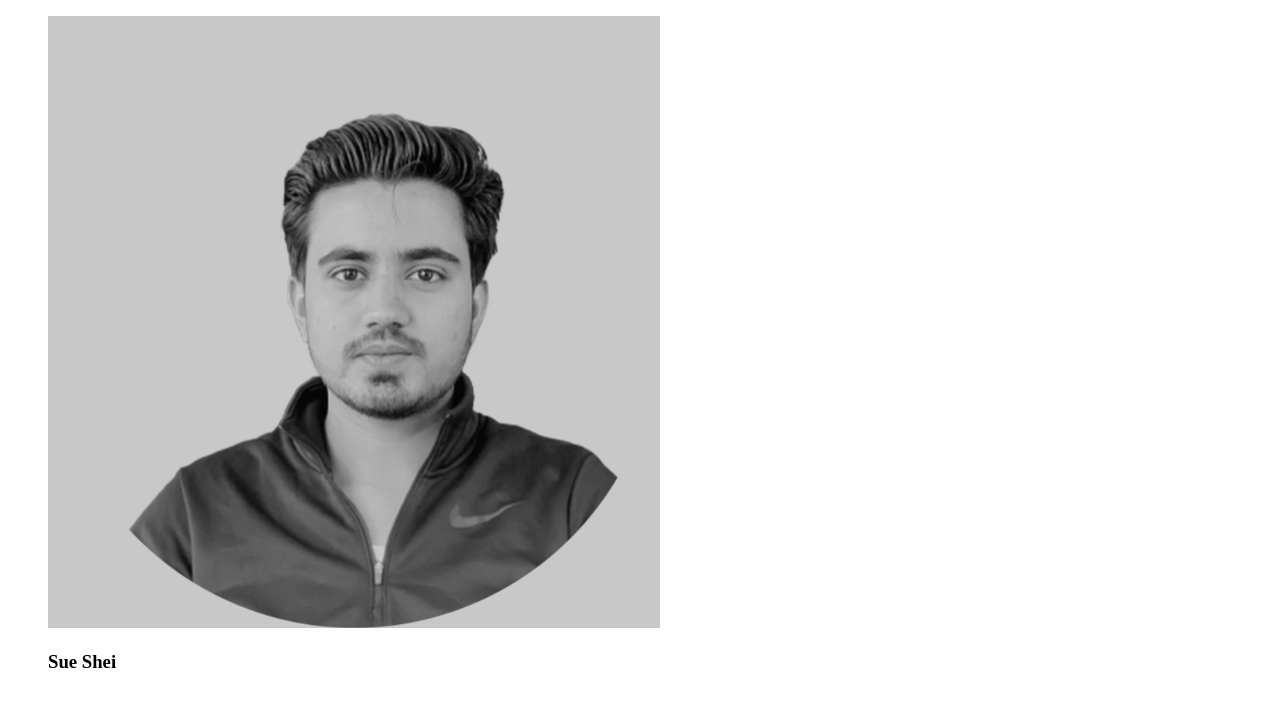
Repository: inzamamahmad3/30-Days-Of-CSS
Page: Day-1/index.html
The author's editor kept a copy of each file at every save. The page is drawn from the files as they stood at one save, then again after the next save.
The browser window is 1280 px wide. The pictures show the whole page.

Above is the page before, as saved 2023-01-03 20:07:26.

### Day-1/index.html
<!DOCTYPE html>
<html lang="en">
  <head>
    <meta charset="UTF-8" />
    <meta http-equiv="X-UA-Compatible" content="IE=edge" />
    <meta name="viewport" content="width=device-width, initial-scale=1.0" />
    <title>Profile Cards</title>
    <link rel="stylesheet" href="styles.css" />
  </head>
  <body>
    <figure class="card">
      <div class="profile-image">
        <img src="profile.png" alt="" />
      </div>
      <figcaption>
        <h3>Sue Shei</h3>
      </figcaption>
    </figure>
  </body>
</html>

### Day-1/styles.css
@import url(https://fonts.googleapis.com/css?family=Lato);
@import url(https://fonts.googleapis.com/css?family=Oswald);
@import url(https://fonts.googleapis.com/ionicons/2.0.1/css/ionicons.min.css);

After the next save:
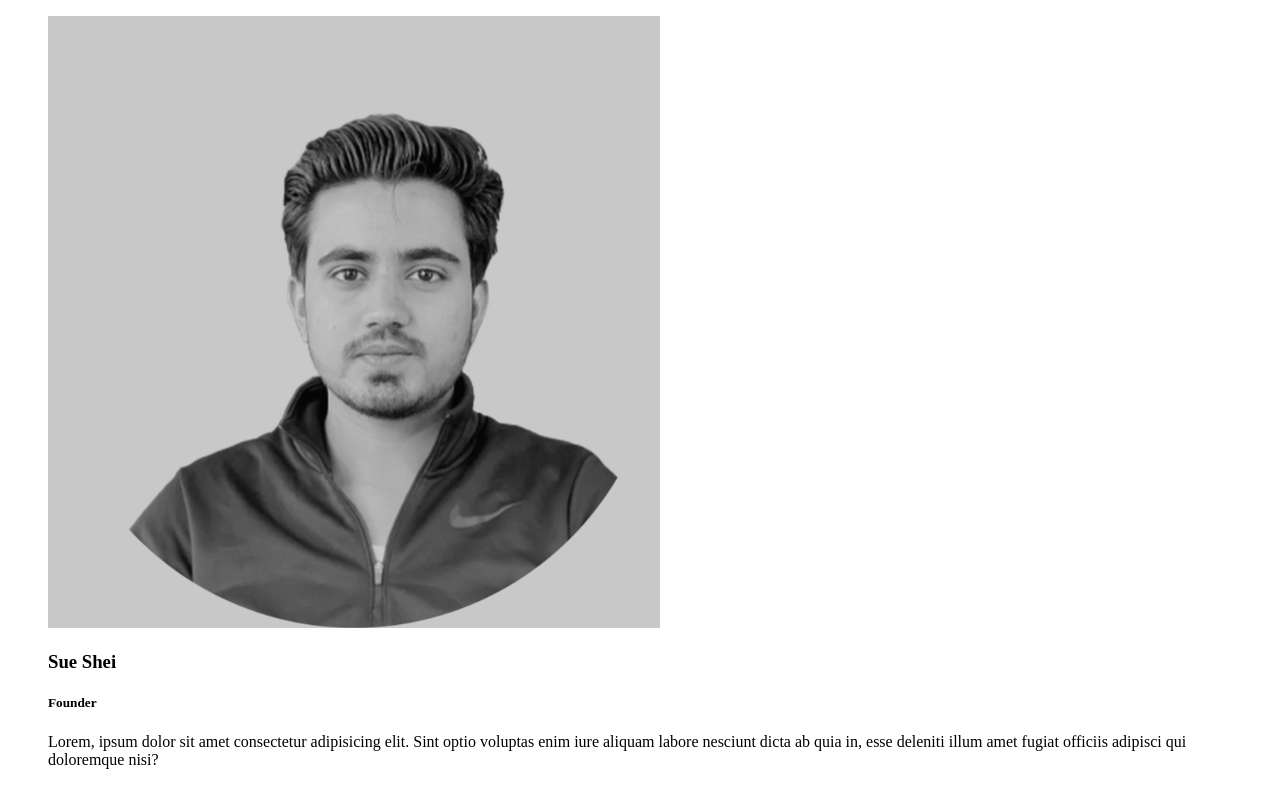
Saved 25 s later.
--- a/Day-1/index.html
+++ b/Day-1/index.html
@@ -14,6 +14,12 @@
       </div>
       <figcaption>
         <h3>Sue Shei</h3>
+        <h5>Founder</h5>
+        <p>
+          Lorem, ipsum dolor sit amet consectetur adipisicing elit. Sint optio
+          voluptas enim iure aliquam labore nesciunt dicta ab quia in, esse
+          deleniti illum amet fugiat officiis adipisci qui doloremque nisi?
+        </p>
       </figcaption>
     </figure>
   </body>
